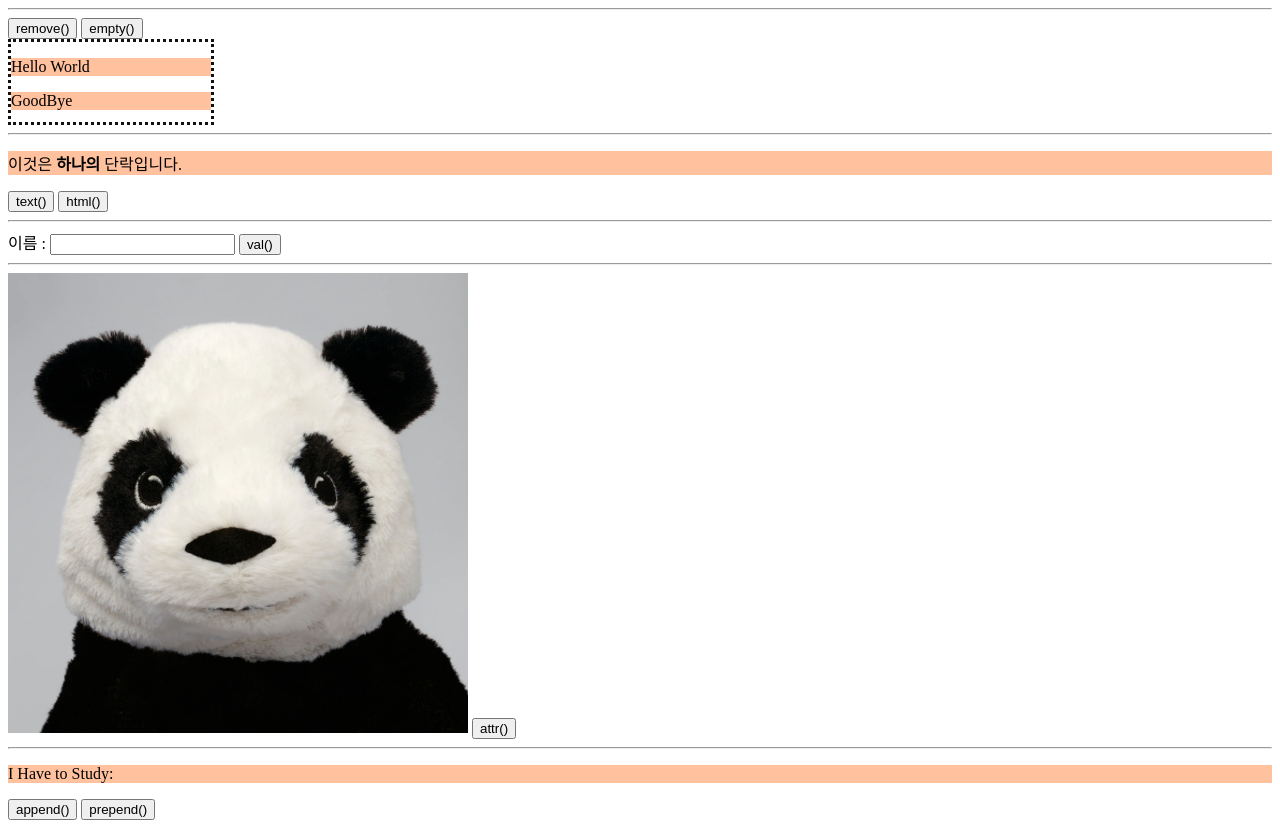
Repository: yujisu01/2021_504_java
Page: javascript_jquery/WebContent/jQuery_ex02.html
The author's editor kept a copy of each file at every save. The page is drawn from the files as they stood at one save, then again after the next save.
The browser window is 1280 px wide. The pictures show the whole page.

Above is the page before, as saved 2021-04-15 05:34:34.

### javascript_jquery/WebContent/jQuery_ex02.html
<!DOCTYPE html>
<html>
<head>
<meta charset="UTF-8">
<title>Insert title here</title>
<style type="text/css">
	p{
		background-color: #ffc19e;
	}
	.container{
		height: 80px;
		width: 200px;
		border:3px dotted #111111;
	}
</style>
<script type="text/javascript" src="js/jQuery3.x/jquery-3.6.0.js"></script>
<script type="text/javascript">
	$().ready(function(){
		$("#text").click(function() {
			alert($("target").text());
		});
		$("#html").click(function() {
			alert($("target").html());
		});
		$("#val").click(function() {
			alert($("#irum").val());
			// 입력된값 가져옴
			console.log($("#irum").val());
		});
		$("#attr").click(function() {
			alert($("#chain_dog").attr("src"));
		});
		$("#button1").click(function() {
			// 태그처럼 인식을 할수있다.
			$("#append").append("<b style='color:#fdd063'>Yes sir zz</b>");
		});
		$("#button2").click(function() {
			$("#append").prepend("<b style='color:#ddd333'>Yes sir zz</b>");
		});
		$("#remove").click(function() {
			$(".container").remove();
		});
		$("#empty").click(function() {
			$(".container").empty();
		});

	});
</script>
</head>
<body>
	<hr>
	<button id="remove">remove()</button>
	<button id="empty">empty()</button>
	<br>
	<div class="container">
		<p class="hello">Hello World</p>
		<p class="goodbye">GoodBye</p>
	</div>
	<hr>
	<p id="target">이것은 <strong>하나의</strong> 단락입니다.</p>
	<button id="text">text()</button>
	<button id="html">html()</button>
	<hr>
	이름 : <input type="text" id="irum" >
	<button id="val">val()</button>
	<hr>
	<img id="chain_dog" alt="공부하는 강아지" src="images/image35.png"
	width="460px;" height="460px;">
	<button id="attr">attr()</button>
	<hr>
	<p id="append">I Have to Study:</p>
	<button id="button1">append()</button>
	<button id="button2">prepend()</button>
</body>
</html>

Loaded but not shown: javascript_jquery/WebContent/js/jQuery3.x/jquery-3.6.0.js (library)

After the next save:
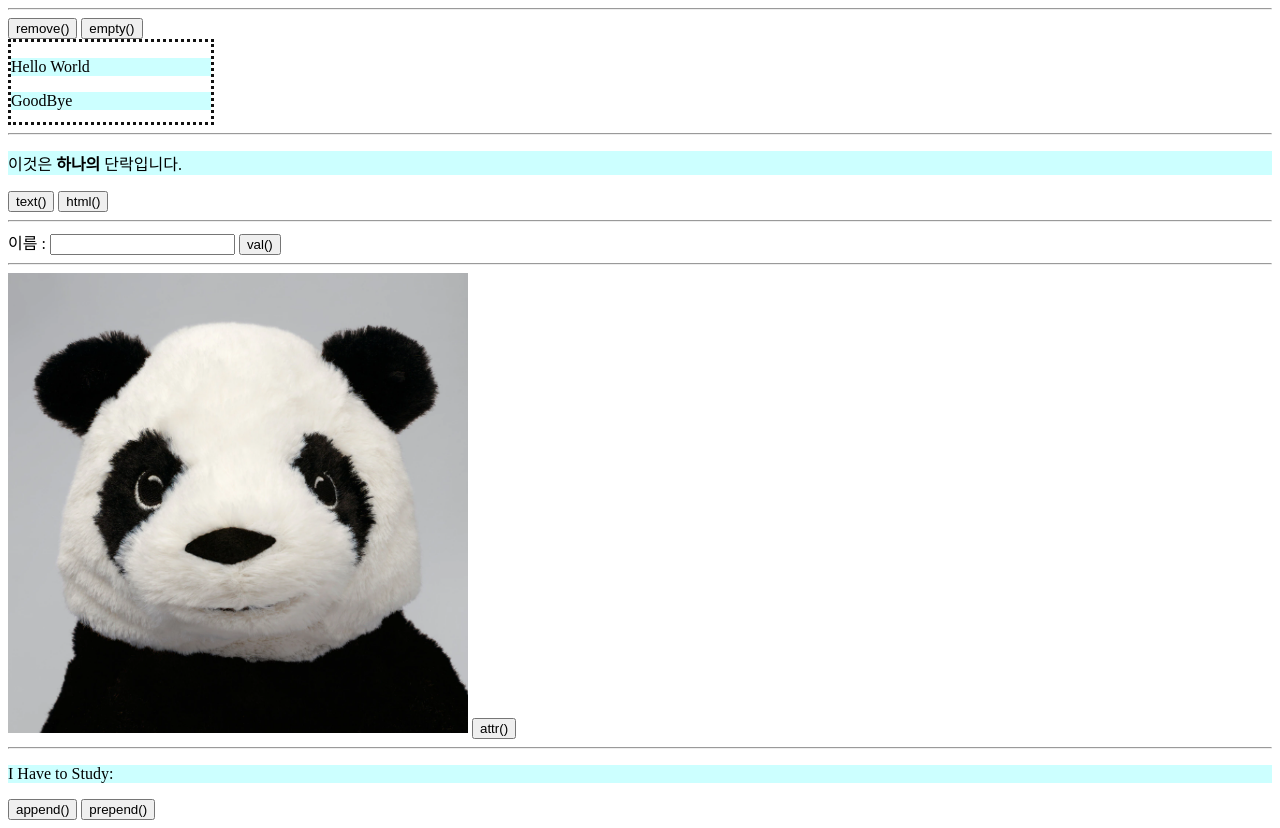
Saved 23 s later.
--- a/javascript_jquery/WebContent/jQuery_ex02.html
+++ b/javascript_jquery/WebContent/jQuery_ex02.html
@@ -5,7 +5,7 @@
 <title>Insert title here</title>
 <style type="text/css">
 	p{
-		background-color: #ffc19e;
+		background-color: #ccffff;
 	}
 	.container{
 		height: 80px;
